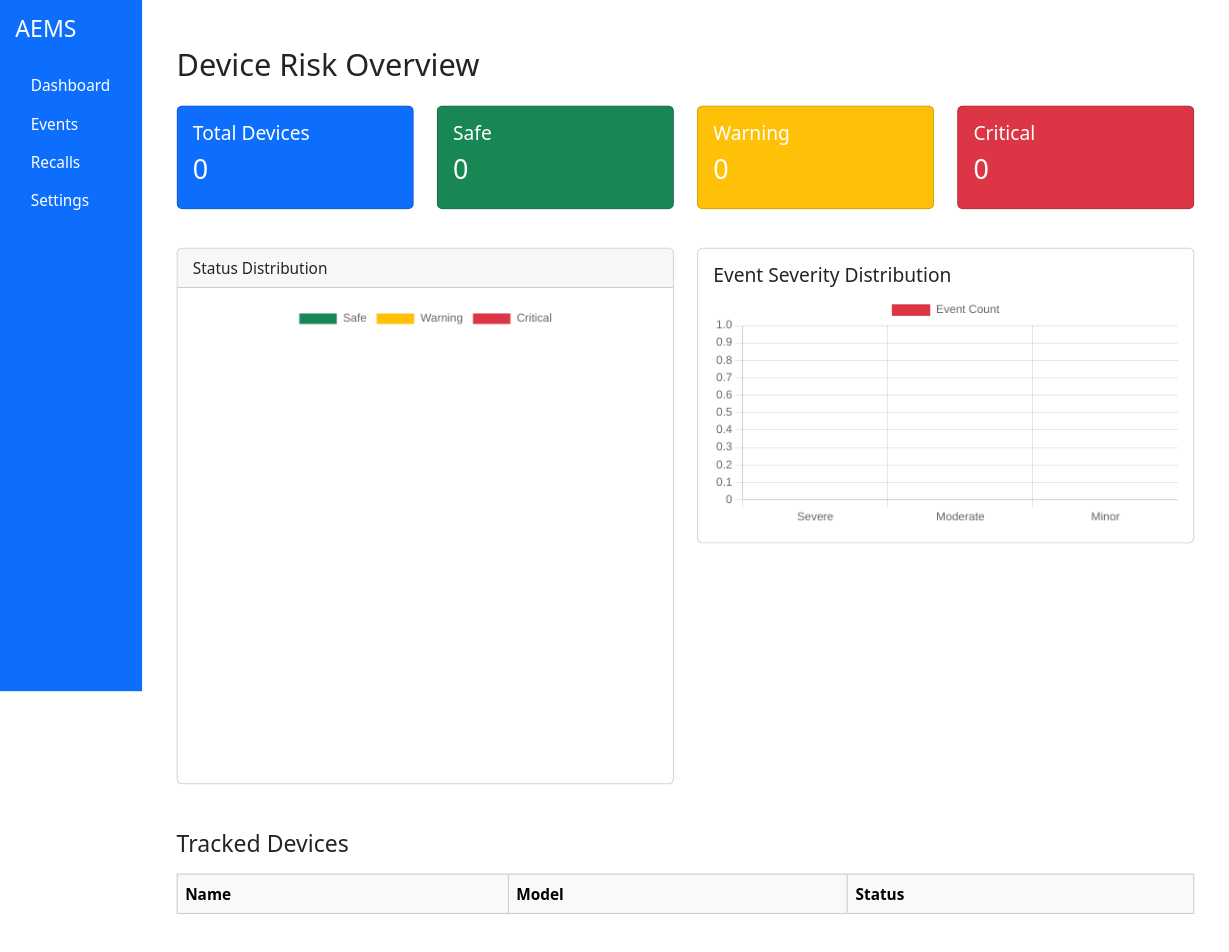
Repository: Sarary2/AEMS_2MVP
Page: / (app in frontend/AEMS/)
An editor plug-in stored every save of this project. The page is shown before and after the next save, followed by the edit.
The browser window is 1280 px wide. The pictures show the whole page, at 96% of full size.
The page's requests for data from a server got no answer. The project was rebuilt for these pictures with package versions that can differ from the ones it lists, and the page was loaded fresh each time. No one was signed in, and anything a server would have sent is missing. Also part of the build but not shown: frontend/AEMS/vite.config.js, frontend/AEMS/src/components/DeviceRow.jsx, frontend/AEMS/src/pages/Events.jsx, frontend/AEMS/src/firebase.js, frontend/AEMS/src/pages/Login.jsx, frontend/AEMS/src/pages/Register.jsx, frontend/AEMS/src/pages/TrackedDevices.jsx.

Above is the page before, as saved 2025-05-06 08:37:10.

### frontend/AEMS/src/main.jsx
import React from 'react';
import ReactDOM from 'react-dom/client';
import App from './App.jsx';
import 'bootstrap/dist/css/bootstrap.min.css';

ReactDOM.createRoot(document.getElementById('root')).render(
  <React.StrictMode>
    <App />
  </React.StrictMode>
);

### frontend/AEMS/src/App.jsx
import { BrowserRouter as Router, Routes, Route, useLocation } from 'react-router-dom';
import Sidebar from './components/Sidebar';
import Dashboard from './pages/Dashboard';
import Events from './pages/Events';
import Login from './pages/Login';
import Register from './pages/Register';
import TrackedDevices from './pages/TrackedDevices';
function LayoutWithSidebar({ children }) {
  return (
    <div className="d-flex">
      <Sidebar />
      <div className="p-4 flex-grow-1">
        {children}
      </div>
    </div>
  );
}

function AppRoutes() {
  const location = useLocation();
  const hideSidebar = ['/login', '/register'].includes(location.pathname);

  return (
    hideSidebar ? (
      <Routes>
        <Route path="/login" element={<Login />} />
        <Route path="/register" element={<Register />} />
      </Routes>
    ) : (
      <LayoutWithSidebar>
        <Routes>
          <Route path="/" element={<Dashboard />} />
          <Route path="/events" element={<Events />} />
          <Route path="/tracked" element={<TrackedDevices />} />
        </Routes>
      </LayoutWithSidebar>
    )
  );
}

export default function App() {
  return (
    <Router>
      <AppRoutes />
    </Router>
  );
}

### frontend/AEMS/src/components/Sidebar.jsx
import { Link } from 'react-router-dom';

export default function Sidebar() {
  return (
    <div className="bg-primary text-white vh-100 p-3">
      <h4 className="text-white">AEMS</h4>
      <ul className="nav flex-column mt-4">
        <li className="nav-item"><Link className="nav-link text-white" to="/">Dashboard</Link></li>
        <li className="nav-item"><Link className="nav-link text-white" to="/events">Events</Link></li>
        <li className="nav-item"><Link className="nav-link text-white" to="/recalls">Recalls</Link></li>
        <li className="nav-item"><Link className="nav-link text-white" to="/settings">Settings</Link></li>
        <li className="nav-item">
  <a className="nav-link" href="/tracked">My Devices</a>
</li>
      </ul>
    </div>
  );
}

### frontend/AEMS/src/pages/Dashboard.jsx
import { useEffect, useState } from 'react';
import StatCard from '../components/StatCard';
import DeviceRow from '../components/DeviceRow';
import StatusChart from '../components/StatusChart';
import EventsChart from '../components/EventsChart'; // ✅ Add this line

export default function Dashboard() {
  const [devices, setDevices] = useState([]);

  useEffect(() => {
    fetch('http://localhost:5001/api/devices/all')
      .then(res => res.json())
      .then(data => setDevices(data))
      .catch(err => console.error('Failed to fetch devices', err));
  }, []);

  const total = devices.length;
  const safe = devices.filter(d => d.status === 'Safe').length;
  const warning = devices.filter(d => d.status === 'Warning').length;
  const critical = devices.filter(d => d.status === 'Critical').length;

  return (
    <div className="container-fluid">
      <h2 className="my-4">Device Risk Overview</h2>

      <div className="row mb-4">
        <StatCard title="Total Devices" count={total} color="primary" />
        <StatCard title="Safe" count={safe} color="success" />
        <StatCard title="Warning" count={warning} color="warning" />
        <StatCard title="Critical" count={critical} color="danger" />
      </div>

      <div className="row mb-5">
        <div className="col-md-6">
          <StatusChart data={{ Safe: safe, Warning: warning, Critical: critical }} />
        </div>
        <div className="col-md-6">
          <EventsChart devices={devices} />
        </div>
      </div>

      <h4>Tracked Devices</h4>
      <table className="table table-bordered mt-3">
        <thead className="table-light">
          <tr>
            <th>Name</th>
            <th>Model</th>
            <th>Status</th>
          </tr>
        </thead>
        <tbody>
          {devices.map((device, i) => (
            <DeviceRow
              key={i}
              name={device.deviceName}
              model={device.model}
              status={device.status}
            />
          ))}
        </tbody>
      </table>
    </div>
  );
}

### frontend/AEMS/src/components/StatCard.jsx
import React from 'react';

export default function StatCard({ title, count, color }) {
  return (
    <div className="col-md-3 mb-3">
      <div className={`card text-white bg-${color}`}>
        <div className="card-body">
          <h5 className="card-title">{title}</h5>
          <h3>{count}</h3>
        </div>
      </div>
    </div>
  );
}

### frontend/AEMS/src/components/StatusChart.jsx
import { Pie } from 'react-chartjs-2';
import { Chart as ChartJS, ArcElement, Tooltip, Legend } from 'chart.js';

ChartJS.register(ArcElement, Tooltip, Legend);

export default function StatusChart({ data }) {
  const chartData = {
    labels: ['Safe', 'Warning', 'Critical'],
    datasets: [
      {
        data: [data.Safe, data.Warning, data.Critical],
        backgroundColor: ['#198754', '#ffc107', '#dc3545'],
        borderWidth: 1,
      },
    ],
  };

  return (
    <div className="card">
      <div className="card-header">Status Distribution</div>
      <div className="card-body">
        <Pie data={chartData} />
      </div>
    </div>
  );
}

### frontend/AEMS/src/components/EventsChart.jsx
import { Bar } from 'react-chartjs-2';
import {
  Chart as ChartJS,
  BarElement,
  CategoryScale,
  LinearScale,
  Tooltip,
  Legend
} from 'chart.js';

ChartJS.register(BarElement, CategoryScale, LinearScale, Tooltip, Legend);

export default function EventsChart({ devices }) {
  const severityCounts = { Severe: 0, Moderate: 0, Minor: 0 };

  devices.forEach(device => {
    device.events.forEach(event => {
      if (severityCounts[event.severity] !== undefined) {
        severityCounts[event.severity]++;
      }
    });
  });

  const chartData = {
    labels: ['Severe', 'Moderate', 'Minor'],
    datasets: [
      {
        label: 'Event Count',
        data: [
          severityCounts.Severe,
          severityCounts.Moderate,
          severityCounts.Minor
        ],
        backgroundColor: ['#dc3545', '#ffc107', '#198754']
      }
    ]
  };

  return (
    <div className="card mb-4">
      <div className="card-body">
        <h5 className="card-title">Event Severity Distribution</h5>
        <Bar data={chartData} />
      </div>
    </div>
  );
}

Loaded but not shown: frontend/AEMS/index.html (common file)

After the next save:
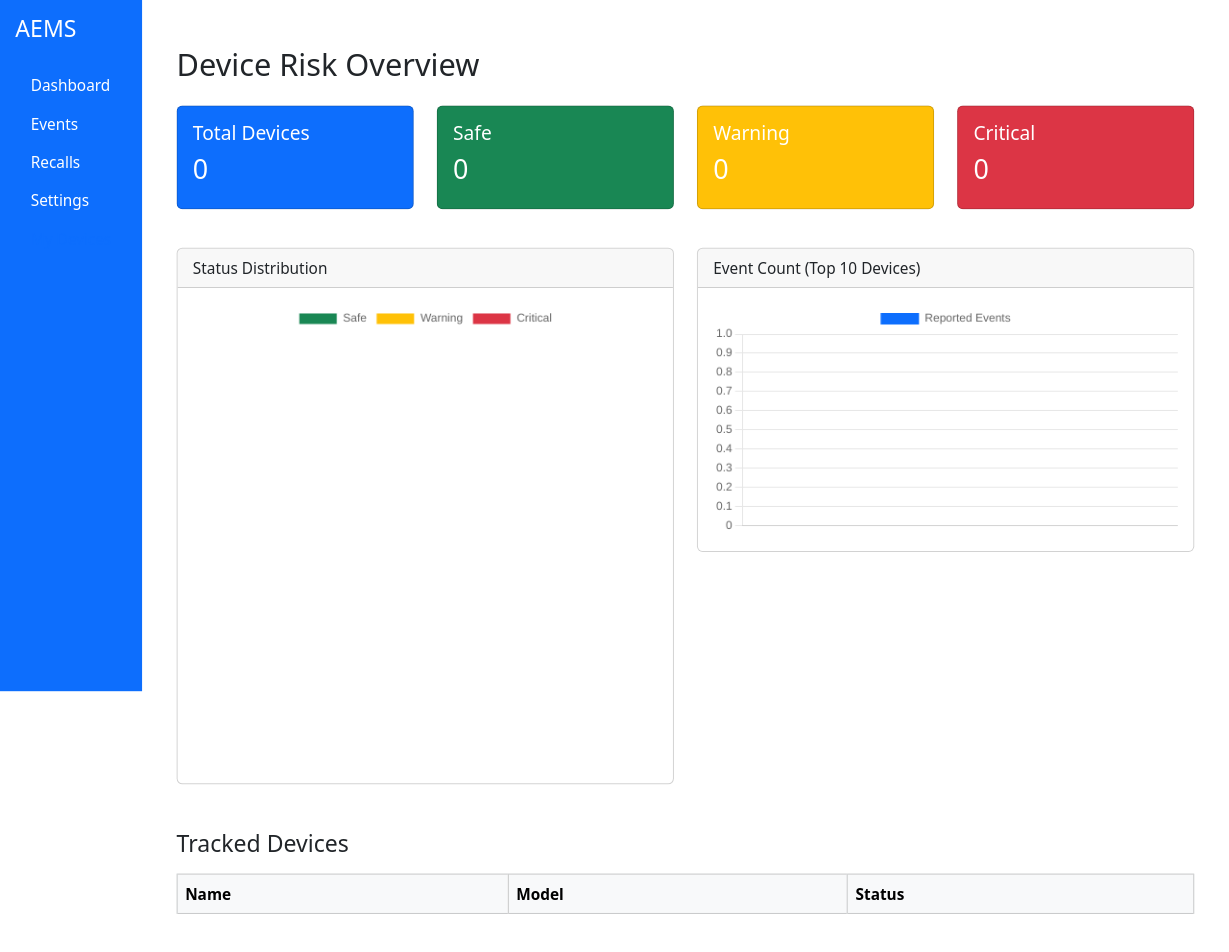
Saved 23 s later.
--- a/frontend/AEMS/src/components/EventsChart.jsx
+++ b/frontend/AEMS/src/components/EventsChart.jsx
@@ -1,45 +1,24 @@
 import { Bar } from 'react-chartjs-2';
-import {
-  Chart as ChartJS,
-  BarElement,
-  CategoryScale,
-  LinearScale,
-  Tooltip,
-  Legend
-} from 'chart.js';
+import { Chart as ChartJS, BarElement, CategoryScale, LinearScale, Tooltip, Legend } from 'chart.js';
 
 ChartJS.register(BarElement, CategoryScale, LinearScale, Tooltip, Legend);
 
 export default function EventsChart({ devices }) {
-  const severityCounts = { Severe: 0, Moderate: 0, Minor: 0 };
-
-  devices.forEach(device => {
-    device.events.forEach(event => {
-      if (severityCounts[event.severity] !== undefined) {
-        severityCounts[event.severity]++;
-      }
-    });
-  });
-
   const chartData = {
-    labels: ['Severe', 'Moderate', 'Minor'],
+    labels: devices.map((d) => d.deviceName.split(' ')[0]).slice(0, 10),
     datasets: [
       {
-        label: 'Event Count',
-        data: [
-          severityCounts.Severe,
-          severityCounts.Moderate,
-          severityCounts.Minor
-        ],
-        backgroundColor: ['#dc3545', '#ffc107', '#198754']
-      }
-    ]
+        label: 'Reported Events',
+        data: devices.map((d) => d.events.length).slice(0, 10),
+        backgroundColor: '#0d6efd',
+      },
+    ],
   };
 
   return (
-    <div className="card mb-4">
+    <div className="card">
+      <div className="card-header">Event Count (Top 10 Devices)</div>
       <div className="card-body">
-        <h5 className="card-title">Event Severity Distribution</h5>
         <Bar data={chartData} />
       </div>
     </div>
